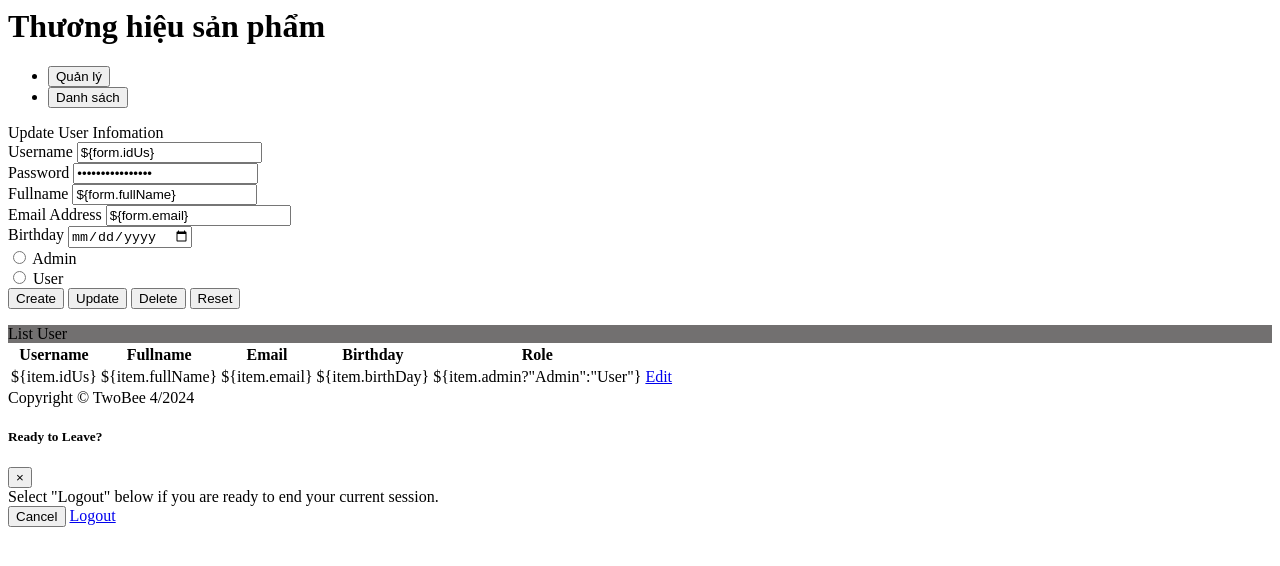
Repository: tuandh111/Java-6-asm
Page: Front-end/Java6_asm_/templates/admin/brands.html
The author's editor kept a copy of each file at every save. The page is drawn from the files as they stood at one save, then again after the next save.
The browser window is 1280 px wide. The pictures show the whole page.

Above is the page before, as saved 2024-03-31 10:51:50.

After the next save:
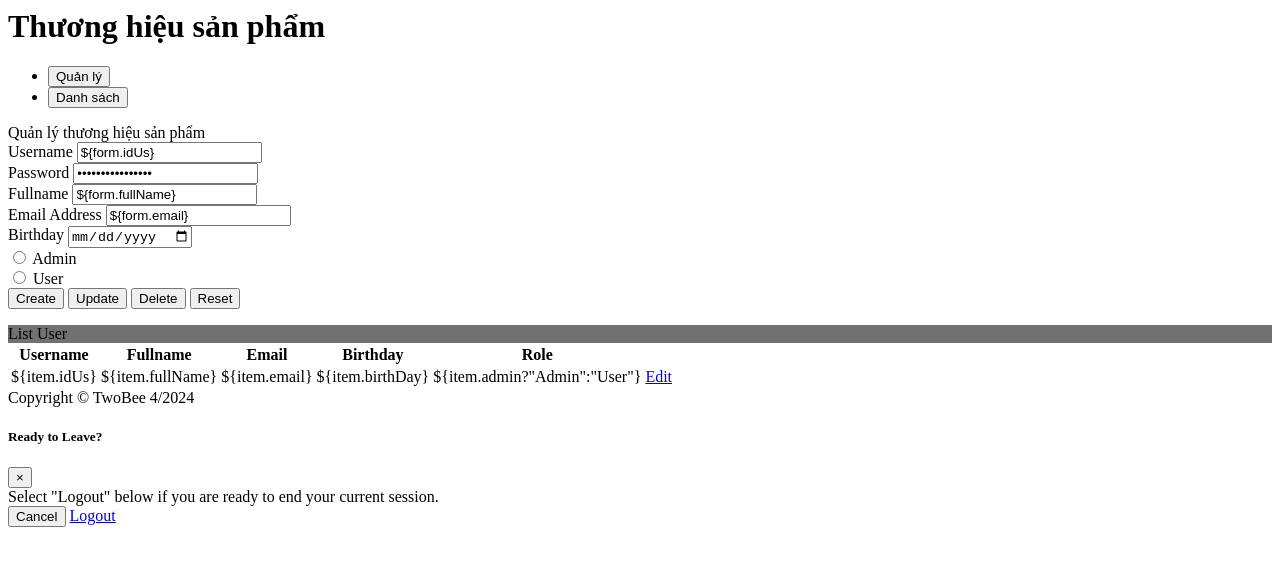
Saved 29 s later.
--- a/Front-end/Java6_asm_/templates/admin/brands.html
+++ b/Front-end/Java6_asm_/templates/admin/brands.html
@@ -47,8 +47,8 @@
                         <div class="tab-pane fade show active" id="form-tab-pane-manage-brands" role="tabpanel"
                             aria-labelledby="form-tab" tabindex="0">
                             <div class="card">
-                                <div class="card-header align-items-center text-white bg-gradient-primary">Update User
-                                    Infomation
+                                <div class="card-header align-items-center text-center text-white bg-gradient-primary">
+                                    Quản lý thương hiệu sản phẩm
                                 </div>
                                 <div class="card-body text-center">
                                     <c:url var="url" value="/admin"></c:url>
